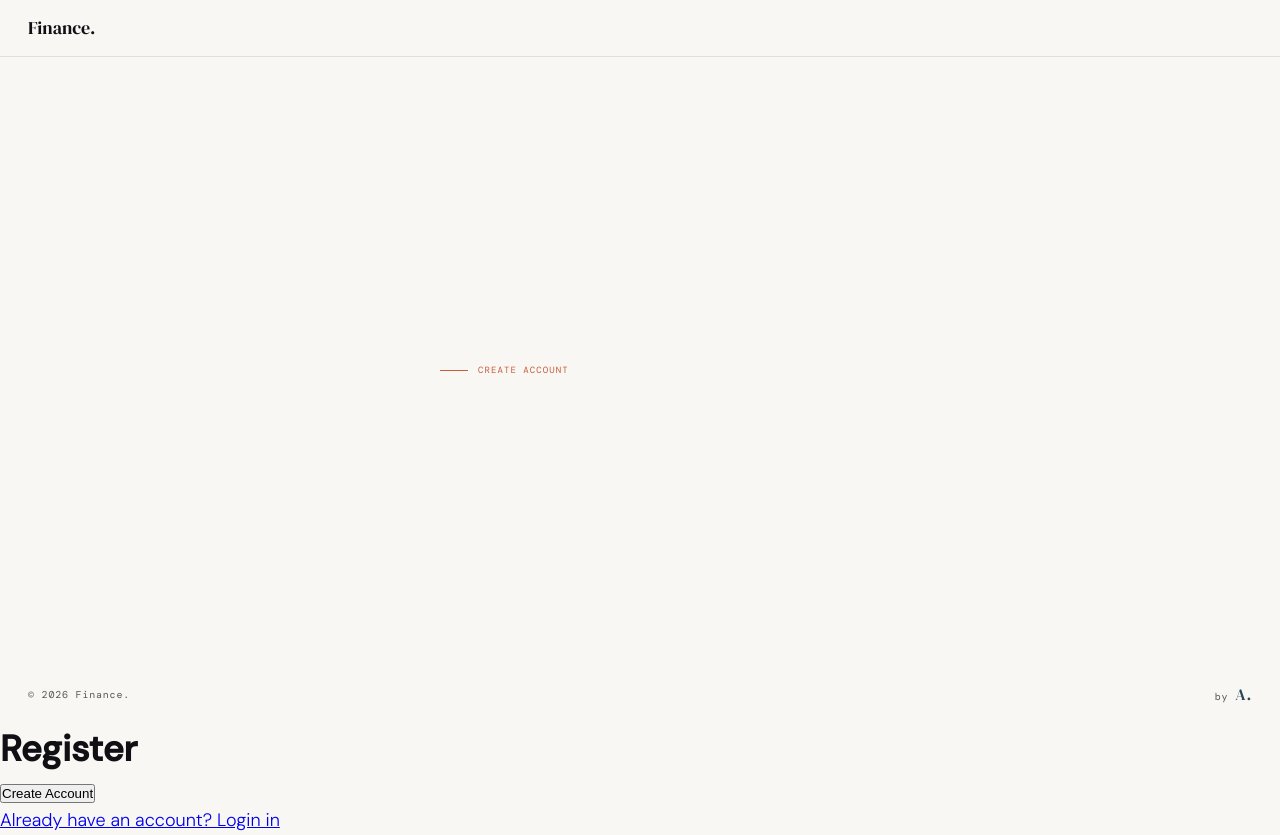
Repository: adtm0/Fined
Page: tracker/templates/tracker/register.html
These files come from the project's save history. The page is drawn as it stood at one moment and after a run of saves; the edit follows.
The browser window is 1280 px wide. The pictures show the whole page.
Some web fonts or font styles are not loaded; a fallback is used. The template is drawn by Django 4.2. The application's start-up code is not run. Other server files are loaded and not shown. The template is opened directly, without the code that normally fills it, so the values that code supplies are empty.

Above is the page before, as saved 2026-05-01 21:44:23.

### tracker/templates/tracker/register.html
{% extends 'tracker/base.html' %}

{% block content %}
<div class="auth-page">
  <div class="auth-box">
    <div class="auth-header">
      <p class="section-label">Create account</p>
      <h1></h1>
    </div>
  </div>
</div>
<h1 class="mb-4">Register</h1>
<form method="POST" class="w-50">
  {% csrf_token %}
  {%if form.errors%}
    <p style="color:red;">{{ form.errors }}</p>
  {% endif %}
  {{form.as_p}}
  <button type="submit" class="btn btn-primary">Create Account</button>
</form>
<a href="/login" class="mt-3 d-block">Already have an account? Login in</a>
{% endblock %}

### tracker/templates/tracker/base.html
{% load static %}
<!DOCTYPE html>
<html>
  <head>
    <meta name="viewport" content="width=device-width, initial-scale=1.0">
    <title>Fined</title>
    <link rel="stylesheet" href="{% static 'tracker/style.css' %}">
    <link rel="preconnect" href="https://fonts.googleapis.com">
    <link href="https://fonts.googleapis.com/css2?family=DM+Serif+Display:ital@0;1&family=DM+Mono:wght@300;400;500&family=DM+Sans:wght@300;400;500&display=swap" rel="stylesheet">
  </head>
  <body>
    <nav class="navbar">
      <a class="nav-brand" href="/dashboard/">Finance.</a>
      <div class="nav-links">
        {% if user.is_authenticated %}
          <a href="/dashboard/" class="{% if request.resolver_match.url_name == 'dashboard' %} active {% endif %}">Overview</a>
          <a href="/history/" class="{% if request.resolver_match.url_name == 'history' %} active {% endif %}">History</a>
          <a href="/logout/">Logout</a>
        {% endif %}
      </div>
    </nav>
    <div class="page-content">
      {% block content%}{% endblock %}
    </div>
    <footer class="site-footer">
      <span class="footer-copy">&#169; 2026 Finance.</span>
      <a href="https://adtm0.github.io/" target="_blank" class="footer-link">by <span class="footer-a">A.</span></a>
    </footer>
  </body>
</html>

### tracker/static/tracker/style.css
@import url('https://fonts.googleapis.com/css2?family=DM+Serif+Display:ital@0;1&family=DM+Mono:wght@300;400;500&family=DM+Sans:wght@300;400;500&display=swap');

* {
  margin: 0;
  padding: 0;
  box-sizing: border-box;
}

:root {
  --ink: #0f0f14;
  --paper: #f8f7f4;
  --paper2: #f0efe9;
  --muted-dark: #5a5751;
  --border: #e2e0db;
  --accent: #2a4858;
  --accent2: #c85c3a;
  --serif: 'DM Serif Display', serif;
  --sans: 'DM Sans', sans-serif;
  --mono: 'DM Mono', monospace;
}

html {
  font-size: 18px;
}

body {
  background-color: var(--paper);
  font-family: var(--sans);
  font-size: 1rem;
  color: var(--ink);
  font-weight: 300;
  line-height: 1.6;
}

/* ── AUTH PAGES ── */
.auth-page {
  min-height: calc(100vh - 57px);
  display: flex;
  align-items: center;
  justify-content: center;
}

.auth-box {
  width: 100%;
  max-width: 400px;
  padding: 48px 0;
}

.auth-header {
  margin-bottom: 36px;
}

.auth-title {
  font-family: var(--serif);
  font-size: 42px;
  font-weight: normal;
  letter-spacing: -0.02em;
  color: var(--ink);
  line-height: 1;
}

.auth-error {
  font-family: var(--mono);
  font-size: 10px;
  letter-spacing: 0.08em;
  text-transform: uppercase;
  color: var(--accent2);
  margin-bottom: 24px;
  padding-bottom: 16px;
  border-bottom: 1px solid var(--border);
}

.auth-box label {
  display: block;
  font-family: var(--mono);
  font-size: 9px;
  letter-spacing: 0.1em;
  text-transform: uppercase;
  color: var(--muted-dark);
  margin-bottom: 8px;
}

.auth-box input[type="text"],
.auth-box input[type="password"] {
  display: block;
  width: 100%;
  padding: 10px 0;
  font-family: var(--sans);
  font-size: 14px;
  color: var(--ink);
  background: transparent;
  border: none;
  border-bottom: 1px solid var(--border);
  outline: none;
  margin-bottom: 28px;
}

.auth-box input[type="text"]:focus,
.auth-box input[type="password"]:focus {
  border-bottom-color: var(--ink);
}

.auth-actions {
  display: flex;
  align-items: center;
  justify-content: space-between;
  margin-top: 48px;
  padding-top: 0;
  border-top: none;
}

.auth-link {
  font-family: var(--mono);
  font-size: 10px;
  letter-spacing: 0.1em;
  text-transform: uppercase;
  color: var(--muted-dark);
  text-decoration: none;
  transition: color 0.15s;
}

.auth-link:hover {
  color: var(--accent2);
}


/* ── NAVBAR ── */
.navbar {
  display: flex;
  justify-content: space-between;
  align-items: stretch;
  height: 57px;
  border-bottom: 1px solid var(--border);
  background-color: var(--paper);
  padding: 0 28px;
}

.nav-brand {
  font-family: var(--serif);
  font-size: 18px;
  text-decoration: none;
  color: var(--ink);
  display: flex;
  align-items: center;
}

.nav-brand:visited {
  color: var(--ink);
}

.nav-links {
  display: flex;
  align-items: stretch;
}

.nav-links a {
  font-family: var(--mono);
  font-size: 10px;
  letter-spacing: 0.1em;
  text-transform: uppercase;
  text-decoration: none;
  color: var(--muted-dark);
  display: flex;
  align-items: center;
  padding: 0 16px;
  transition: color 0.15s;
}

.nav-links a:hover {
  color: var(--accent2);
}

.nav-links a.active {
  background: var(--accent);
  color: #fff;
}

.page-content {
  overflow: auto;
}

/* ── FOOTER ── */
.site-footer {
  position: fixed;
  bottom: 0;
  left: 0;
  right: 0;
  display: flex;
  justify-content: space-between;
  align-items: center;
  padding: 12px 28px;
  background: var(--paper);
}

.footer-copy {
  font-family: var(--mono);
  font-size: 10px;
  letter-spacing: 0.08em;
  color: var(--muted-dark);
}

.footer-link {
  font-family: var(--mono);
  font-size: 10px;
  letter-spacing: 0.08em;
  color: var(--muted-dark);
  text-decoration: none;
  transition: color 0.15s;
}

.footer-link:hover{
  color: var(--ink);
}

.footer-a {
  font-family: var(--serif);
  font-size: 16px;
  color: var(--accent);
}

.footer-link:hover .footer-a {
  color: var(--accent2);
}

/* ── DASHBOARD GRID ── */
.dashboard-grid {
  display: grid;
  grid-template-columns: 1fr 2fr 1fr;
  min-height: calc(100vh - 57px - 45px);
  border: 1px solid var(--border);
  align-items: stretch;
}

/* ── LEFT PANEL ── */
.left-panel {
  border-right: 1px solid var(--border);
  display: flex;
  flex-direction: column;
}

.left-panel-hero {
  padding: 40px 32px;
  border-bottom: 1px solid var(--border);
}

/* Only "Financial Overview" gets the orange line eyebrow */
.section-label {
  display: flex;
  align-items: center;
  gap: 10px;
  font-family: var(--mono);
  font-size: 9px;
  letter-spacing: 0.12em;
  color: var(--accent2);
  text-transform: uppercase;
  margin-bottom: 16px;
}

.section-label::before {
  content: '';
  display: inline-block;
  width: 28px;
  height: 1px;
  background: var(--accent2);
  flex-shrink: 0;
}

.greeting {
  font-family: var(--serif);
  font-size: 42px;
  font-weight: normal;
  line-height: 1.15;
  letter-spacing: -0.01em;
  margin-bottom: 10px;
}

.greeting em {
  color: var(--accent);
  font-style: italic;
}

.subtext {
  font-family: var(--sans);
  font-size: 12px;
  color: var(--muted-dark);
  font-weight: 300;
  line-height: 1.6;
}

/* Stats */
.stat-block {
  display: flex;
  flex-direction: column;
}

.stat {
  padding: 24px 32px;
  border-bottom: 1px solid var(--border);
}

.stat h2 {
  font-family: var(--serif);
  font-size: 36px;
  font-weight: normal;
  letter-spacing: -0.02em;
  line-height: 1;
  color: var(--ink);
}

.stat p {
  font-family: var(--mono);
  font-size: 9px;
  letter-spacing: 0.1em;
  text-transform: uppercase;
  color: var(--muted-dark);
  margin-top: 4px;
}

/* ── MIDDLE PANEL ── */
.middle-panel {
  border-right: 1px solid var(--border);
  display: flex;
  flex-direction: column;
}

.analytics-box {
  padding: 32px 48px;
  border-bottom: 1px solid var(--border);
  flex: none;
  height: 420px;
  overflow: hidden;
}

.analytics-header {
  display: flex;
  align-items: center;
  justify-content: space-between;
  margin-bottom: 24px;
}

.analytics-title {
  font-family: var(--serif);
  font-size: 20px;
  color: var(--ink);
  font-style: italic;
}

/* Wallets */
.wallets-box {
  padding: 32px 36px;
}

.wallets-header {
  display: flex;
  justify-content: space-between;
  align-items: center;
  margin-bottom: 14px;
}

.wallets-title {
  font-family: var(--serif);
  font-size: 20px;
  color: var(--ink);
  font-style: italic;
}

.add-link {
  font-family: var(--mono);
  font-size: 9px;
  letter-spacing: 0.1em;
  text-transform: uppercase;
  color: var(--muted-dark);
  text-decoration: none;
  padding: 5px 12px;
  border: 1px solid var(--border);
  transition: color 0.15s;
}

.add-link:hover {
  color: var(--accent2);
}

.wallet-item {
  display: flex;
  justify-content: space-between;
  align-items: center;
  padding: 10px 0;
  border-top: 1px solid var(--border);
}

.wallet-item:last-child {
  border-bottom: 1px solid var(--border);
}

.wallet-item a {
  font-family: var(--serif);
  font-size: 14px;
  color: var(--accent);
  text-decoration: none;
}

.wallet-balance {
  font-family: var(--mono);
  font-size: 11px;
  font-weight: 300;
  letter-spacing: 0.1em;
  text-transform: uppercase;
  color: var(--ink);
}

.empty-link {
  font-family: var(--mono);
  font-size: 10px;
  letter-spacing: 0.06em;
  text-transform: uppercase;
  color: var(--muted-dark);
  text-decoration: none;
  display: block;
  padding: 12px 0;
  border-top: 1px solid var(--border);
}

.empty-link:hover {
  color: var(--accent2);
}

/* ── RIGHT PANEL ── */
.right-panel {
  background: var(--paper2);
  display: flex;
  flex-direction: column;
}

.total-balance-box {
  padding: 36px 32px;
  border-bottom: 1px solid var(--border);
}

.balance-eyebrow {
  font-family: var(--mono);
  font-size: 9px;
  letter-spacing: 0.1em;
  text-transform: uppercase;
  color: var(--muted-dark);
  margin-bottom: 10px;
}

.total-balance-box h1 {
  font-family: var(--serif);
  font-size: 48px;
  font-weight: normal;
  letter-spacing: -0.02em;
  line-height: 1;
  color: var(--ink);
}

.balance-sub {
  font-family: var(--sans);
  font-size: 11px;
  color: var(--muted-dark);
  margin-top: 6px;
  font-weight: 300;
}

/* Actions */
.actions-box {
  padding: 28px 32px;
  border-top: 1px solid var(--border);
  margin-top: auto;
}

.actions-label {
  font-family: var(--mono);
  font-size: 9px;
  letter-spacing: 0.1em;
  text-transform: uppercase;
  color: var(--muted-dark);
  margin-bottom: 14px;
}

.action-btn {
  display: flex;
  align-items: center;
  justify-content: space-between;
  padding: 12px 0;
  font-family: var(--mono);
  font-size: 11px;
  letter-spacing: 0.1em;
  text-transform: uppercase;
  text-decoration: none;
  color: var(--ink);
  border-bottom: 1px solid var(--border);
  background: transparent;
  width: 100%;
  cursor: pointer;
  transition: color 0.15s;
  border: none;
  border-bottom: 1px solid var(--border);
  appearance: none;
  -webkit-appearance: none;
}

a.action-btn {
  display: flex;
  align-items: center;
  justify-content: space-between;
}
.action-btn:first-of-type {
  border-top: 1px solid var(--border);
}

.action-btn::after {
  content: '→';
  font-family: var(--mono);
  font-size: 11px;
  color: inherit;
}

.action-btn:hover {
  color: var(--accent2);
}

/* Recent */
.recent-box {
  padding: 28px 32px;
  flex: 1;
}

.recent-label {
  font-family: var(--mono);
  font-size: 9px;
  letter-spacing: 0.1em;
  text-transform: uppercase;
  color: var(--muted-dark);
  margin-bottom: 12px;
}

.recent-item {
  font-family: var(--sans);
  font-size: 13px;
  color: var(--ink);
  padding: 10px 0;
  border-bottom: 1px solid var(--border);
}

.recent-item:first-of-type {
  border-top: 1px solid var(--border);
}

.recent-empty {
  font-family: var(--mono);
  font-size: 9px;
  color: var(--muted-dark);
  letter-spacing: 0.06em;
  text-transform: uppercase;
  padding: 10px 0;
  border-top: 1px solid var(--border);
}

/* ── HISTORY PAGE ── */
.history-page {
  padding: 48px 56px;
  max-width: 1100px;
}

.history-title {
  font-family: var(--serif);
  font-size: 42px;
  font-weight: normal;
  letter-spacing: -0.02em;
  color: var(--ink);
  margin-bottom: 40px;
}

.history-table {
  width: 100%;
  border-collapse: collapse;
}

.history-table thead tr {
  border-bottom: 1px solid var(--border);
}

.history-table th {
  font-family: var(--mono);
  font-size: 9px;
  letter-spacing: 0.1em;
  text-transform: uppercase;
  color: var(--muted-dark);
  text-align: left;
  padding: 0 0 12px 0;
  font-weight: 400;
}

.history-table td {
  font-family: var(--sans);
  font-size: 13px;
  color: var(--ink);
  padding: 14px 0;
  border-bottom: 1px solid var(--border);
}

/* Type column - income green, expense orange */
.history-table td:nth-child(3) {
  font-family: var(--mono);
  font-size: 9px;
  letter-spacing: 0.08em;
  text-transform: uppercase;
}

.type-badge {
  display: inline-block;
  padding: 3px 10px;
  font-family: var(--mono);
  font-size: 9px;
  letter-spacing: 0.08em;
  text-transform: uppercase;
  min-width: 70px;
  text-align: center;
}

.type-badge.income {
  background: #dde6eb;
  color: #1d3340;
}

.type-badge.expense {
  background: #f7e4dc;
  color: #9e3f22;
}

/* Amount column - mono */
.history-table td:nth-child(4) {
  font-family: var(--mono);
  font-size: 13px;
  font-weight: 500;
}

/* ── MODAL ── */
.modal-overlay {
  display: none;
  position: fixed;
  inset: 0;
  background: rgba(15, 15, 20, 0.5);
  z-index: 100;
  align-items: center;
  justify-content: center;
}

.modal {
  background: var(--paper);
  padding: 40px 36px;
  width: 100%;
  max-width: 420px;
  border: 1px solid var(--border)
}

.modal-title {
  font-family: var(--serif);
  font-size: 28px;
  font-weight: normal;
  color: var(--ink);
  margin-bottom: 28px;
}

.modal label {
  display: block;
  font-family: var(--mono);
  font-size: 9px;
  letter-spacing: 0.1em;
  text-transform: uppercase;
  color: var(--muted-dark);
  margin-bottom: 8px;
}

.modal input[type="text"],
.modal input[type="number"],
.modal select {
  display: block;
  width: 100%;
  padding: 10px 0;
  font-family: var(--sans);
  font-size: 14px;
  color: var(--ink);
  background: transparent;
  border: none;
  border-bottom: 1px solid var(--border);
  outline: none;
  margin-bottom: 24px;
}

.modal select {
  appearance: none;
  -webkit-appearance: none;
  background-image: url("data:[embedded picture, 215 characters]");
  background-repeat: no-repeat;
  background-position: right 4px center;
  padding-right: 24px;
  cursor: pointer;
}

.modal input[type="date"] {
  display: block;
  width: 100%;
  padding: 10px 0;
  font-family: var(--sans);
  font-size: 14px;
  color: var(--ink);
  background: transparent;
  border: none;
  border-bottom: 1px solid var(--border);
  outline: none;
  margin-bottom: 24px;
  cursor: pointer;
  -webkit-appearance: none;
  appearance: none
}
.modal input[type="date"]::-webkit-calendar-picker-indicator {
  opacity: 0.35;
  cursor: pointer;
  filter: invert(0.3);
  margin-left: auto;
}

.modal input[type="number"]::-webkit-inner-spin-button,
.modal input[type="number"]::-webkit-outer-spin-button {
  opacity: 0.3;
}

.modal input[type="text"]:focus,
.modal input[type="number"]:focus,
.modal select:focus {
  border-bottom-color: var(--ink);
}

.modal-actions {
  display: flex;
  align-items: center;
  justify-content: flex-end;
  gap: 16px;
  margin-top: 32px;
  padding-top: 24px;
  border-top: 1px solid var(--border);
}

.modal-cancel {
  font-family: var(--mono);
  font-size: 10px;
  letter-spacing: 0.1em;
  text-transform: uppercase;
  background: transparent;
  color: var(--muted-dark);
  border: none;
  cursor: pointer;
  transition: color 0.15s;
  padding: 10px 16px
}

.modal-cancel:hover {
  color: var(--ink);
}

.modal-submit {
  font-family: var(--mono);
  font-size: 10px;
  letter-spacing: 0.1em;
  text-transform: uppercase;
  background: var(--ink);
  color: var(--paper);
  border: none;
  padding: 10px 24px;
  cursor: pointer;
  transition: background 0.15s;
}

.modal-submit:hover {
  background: var(--accent);
}

/* ── ANALYTICS SLIDE NAV ── */
.slides-wrapper {
  position: relative;
  display: flex;
  align-items: center;
  gap: 8px;
}
.slides-content {
  flex: 1;
  min-width: 0;
}

.slide-btn {
  position: absolute;
  top: 50%;
  transform: translateY(-50%);
  z-index: 1;
  background: none;
  border: none;
  font-family: var(--serif);
  font-size: 20px;
  color: var(--muted-dark);
  cursor: pointer;
  padding: 0 4px;
  line-height: 1;
  transition: color 0.15s;
}

.slide-btn:first-child {
  left: -20px;
}
.slide-btn:last-child {
  right: -20px;
}

.slide-btn:hover {
  color: var(--ink);
}

.slide-dots {
  display: flex;
  justify-content: center;
  gap: 6px;
  padding: 10px 0 0;
}

.slide-dot {
  width: 6px;
  height: 6px;
  border-radius: 50%;
  background: var(--border);
  cursor: pointer;
  transition: background 0.2s;
}

.slide-dot.active {
  background: var(--muted-dark);
}

/* ── CALENDAR ── */
.calendar-month-label {
  font-family: var(--mono);
  font-size: 9px;
  letter-spacing: 0.12em;
  text-transform: uppercase;
  color: var(--muted-dark);
  min-width: 80px;
  text-align: center;
  margin-bottom: 0;
}

.calendar-grid {
  display: grid;
  grid-template-rows: repeat(6, 1fr);
  grid-template-columns: repeat(7, 1fr);
  height: calc(100% - 80px);
  gap: 2px;
}

.cal-header {
  font-family: var(--mono);
  font-size: 8px;
  letter-spacing: 0.08em;
  text-transform: uppercase;
  color: var(--muted-dark);
  text-align: center;
  padding-bottom: 6px;
}

.cal-cell {
  min-height: 36px;
  padding: 4px 2px;
  display: flex;
  flex-direction: column;
  align-items: center;
  gap: 3px;
}

.cal-day-num {
  font-family: var(--mono);
  font-size: 10px;
  color: var(--ink);
}

.cal-today .cal-day-num {
  background: var(--paper);
  border: 2px solid var(--accent);
  border-radius: 50%;
  width: 18px;
  height: 18px;
  display: flex;
  align-items: center;
  justify-content: center;
  font-size: 9px;
}

.cal-dots {
  display: flex;
  gap: 2px;
}

.cal-dot {
  width: 5px;
  height: 5px;
  border-radius: 50%;
}

.cal-dot.income {
  background: var(--accent);
}

.cal-dot.expense {
  background: var(--accent2);
}

.cal-month-nav {
  display: flex;
  align-items: center;
  justify-content: center;
  gap: 16px;
  margin-bottom: 36px;
}

.cal-nav-btn {
  display: inline;
  font-family: var(--serif);
  font-size: 18px;
  color: var(--muted-dark);
  text-decoration: none;
  padding: 0 4px;
  transition: color 0.15s;
  line-height: 1;
}

.cal-nav-btn:hover {
  color: var(--ink);
}

After the next 2 saves:
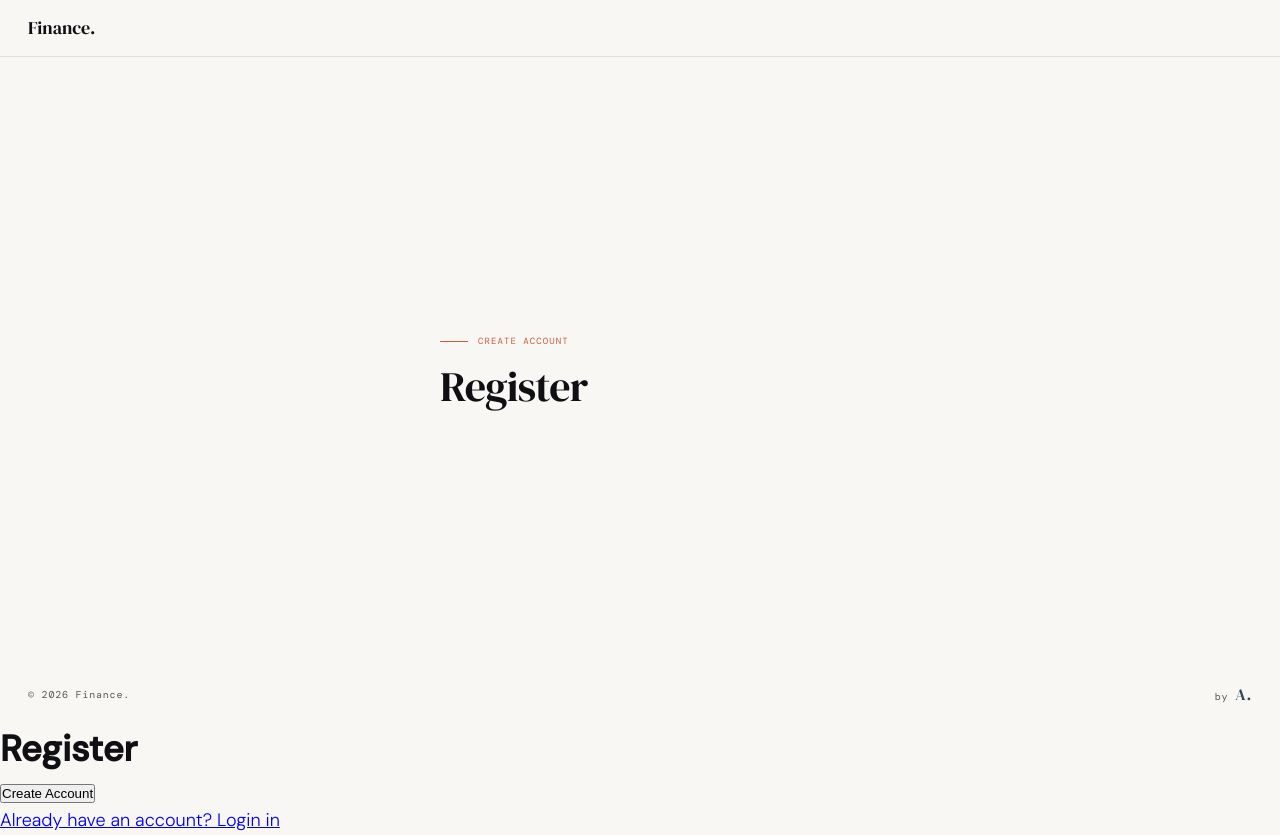
The 2 saves are shown as one change because they came seconds apart.
The last was saved 11 s later.
--- a/tracker/templates/tracker/register.html
+++ b/tracker/templates/tracker/register.html
@@ -5,7 +5,7 @@
   <div class="auth-box">
     <div class="auth-header">
       <p class="section-label">Create account</p>
-      <h1></h1>
+      <h1 class="auth-title">Register</h1>
     </div>
   </div>
 </div>
